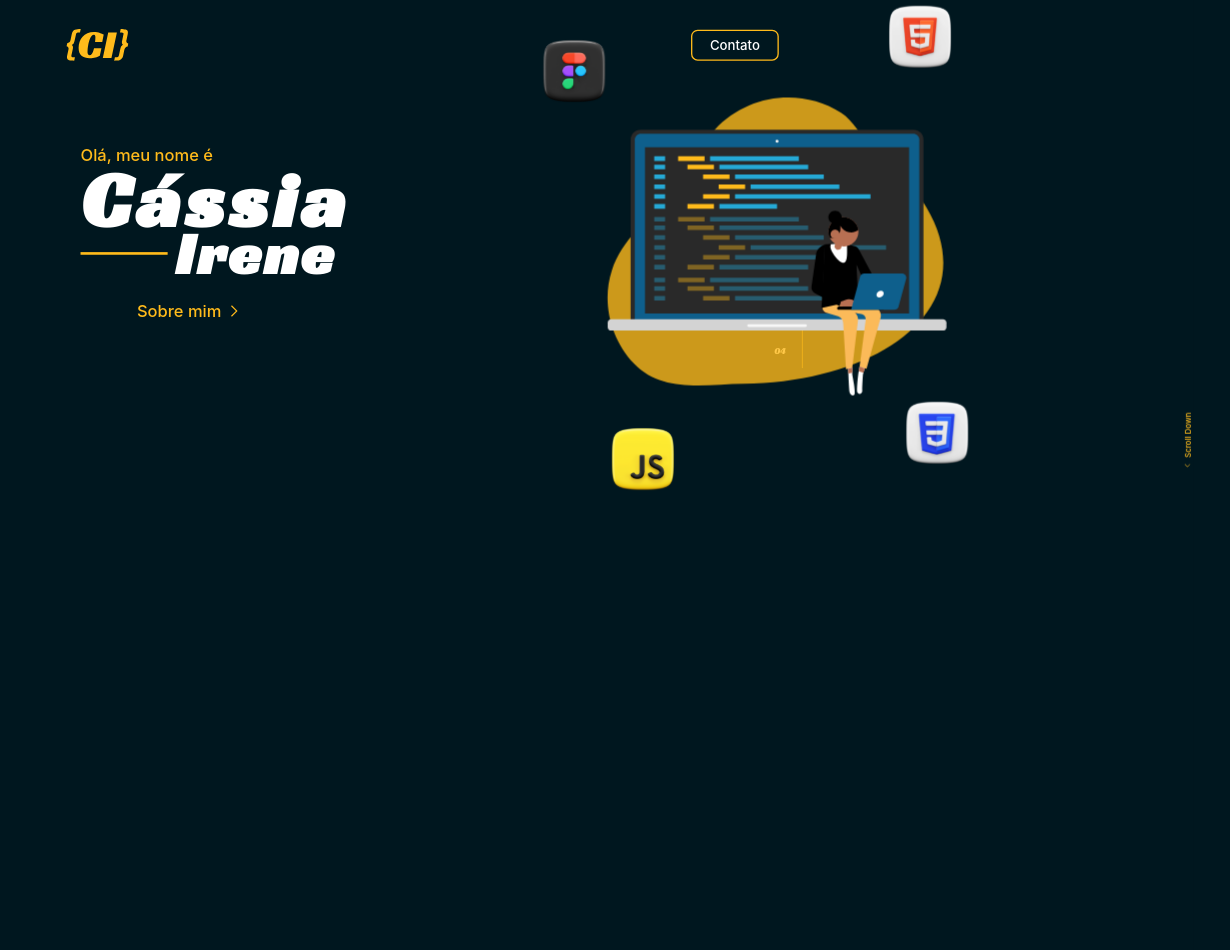
Repository: Cassia-Irene/My-Portfolio
Page: /
These files come from the project's save history. The page is drawn as it stood at one moment and after the next save; the edit follows.
The browser window is 1280 px wide. The page is 1809 px wide, then 1864 px, then 1809 px, so the pictures cover 1864 px, including what lies to the right of the window. The pictures show the whole page, at 66% of full size.
The project was rebuilt for these pictures with package versions that can differ from the ones it lists, and the page was loaded fresh each time. Also part of the build but not shown: vite.config.ts.

Above is the page before, as saved 2025-08-03 22:04:53.

### index.html
<!doctype html>
<html lang="en">
  <head>
    <meta charset="UTF-8" />
    <link rel="icon" type="image/svg+xml" href="./src/assets/logo.svg" />
    <meta name="viewport" content="width=device-width, initial-scale=1.0" />
    <link rel="preconnect" href="https://fonts.googleapis.com">
    <link rel="preconnect" href="https://fonts.gstatic.com" crossorigin>
    <link href="https://fonts.googleapis.com/css2?family=Racing+Sans+One&display=swap" rel="stylesheet">
    <title>Cássia Nascimento</title>
  </head>
  <body>
    <div id="root"></div>
    <script type="module" src="/src/main.tsx"></script>
  </body>
</html>

### src/index.css
* {
  padding: 0;
  margin: 0;
}

body {
  margin: 0;
  display: flex;
  place-items: center;
  min-width: 320px;
  min-height: 100vh;
}

body {
  background-color: #00171F;
}

### src/App.tsx
import React from "react";
import GlobalStyle from './GlobalStyle';
import Header from './Header';
import Hero from './Hero';
import SidebarNavigation from "./SidebarNavigation";
import SobreMim from './SobreMim';

const App: React.FC = () => {

  return (
    <>
    <SidebarNavigation />
      <GlobalStyle />
      <Header />
      <Hero />
      <SobreMim />
    </>
  );
};

export default App;

### src/GlobalStyle.ts
import { createGlobalStyle } from 'styled-components';

const GlobalStyle = createGlobalStyle`
  * {
    box-sizing: border-box;
  }

  body {
    margin: 0;
    padding: 0;
    overflow-x: hidden;
  }
  ::-webkit-scrollbar {
    width: 8px;
  }

`;

export default GlobalStyle;

### src/Header.tsx
import styled from "styled-components";

const HeaderContainer = styled.header`
    width: 100%;
    position: fixed;
    top: 30px;
    display: flex;
    justify-content: space-between;
    align-items: center;
    padding: 0 100px;
}
`;

const Logo = styled.img`
    width: 95px;
    height: 76px;

`;

const ContatoButton = styled.button`
    width: 133px;
    height: 47px;
    border: solid 2px #FFBB1B;
    border-radius: 10px;
    background-color: transparent;
    color: #FFFFFF;
    font-family: 'Inter', sans-serif;
    font-weight: 500;
    font-size: 20px;
    cursor: pointer;
    transition: all 0.3s ease-out;

    &:hover {
        background-color: #FFBB1B;
        font-weight: 500;
    }

`;

const Header = () => {
  return (
    <HeaderContainer>
        <Logo src="/src/assets/logo.svg" alt="Logo" />
      <ContatoButton>Contato</ContatoButton>
    </HeaderContainer>
  );
};

export default Header;

### src/Hero.tsx
import styled from "styled-components";

import centralImg from "./assets/svg_central.svg";
import img1 from "./assets/svg_figma.svg";
import img2 from "./assets/svg_html.svg";
import img3 from "./assets/svg_js.svg";
import img4 from "./assets/svg_css.svg";
import ArrowRight from "./assets/svg_seta_hero_sobre-mim.svg";
import ArrowDown from "./assets/svg_seta-down.svg";

const HeroSection = styled.section`
  height: 100vh;
  display: flex;
  justify-content: space-between;
  align-items: center;
  padding: 0 122px;
  position: relative;
  gap: 107px;
`;

const Left = styled.div`
  display: flex;
  flex-direction: column;
`;

const Intro = styled.p`
  font-family: "Inter", sans-serif;
  font-size: 25px;
  font-weight: 500;
  color: #FFBB1B;
`;

const Name = styled.h1`
  font-size: 120px;
  font-family: "Racing Sans One", sans-serif;
  color: #FFFFFF;
  margin-top: -23px;
  letter-spacing: 8px;
  margin-left: 40ox;
`;

const IreneWrapper = styled.div`
  display: flex;
  align-items: center;
  gap: 11px;
  margin-top: -51px;
`;

const Rectangle = styled.div`
  width: 132.02px;
  height: 4px;
  background-color: #ffbb1b;
`;

const Irene = styled.h2`
  font-size: 90px;
  font-family: "Racing Sans One", sans-serif;
  color: #FFFFFF;
  letter-spacing: 4px;
`;

const AboutArrowIcon = styled.img`
  transition: transform 0.4s ease-in-out;
`;

const AboutButton = styled.button`
  display: flex;
  position: relative;
  left: 16%;
  align-items: center;
  background: transparent;
  padding: 10px 20px;
  cursor: pointer;
  border: none;
  font-family: "Inter", sans-serif;
  font-size: 25px;
  font-weight: 500;
  color: #ffbb1b;


  &:hover ${AboutArrowIcon} {
    transform: rotate(90deg);
  }
`;

const Right = styled.div`
  position: relative;
  width: 520px;
  height: 400px;
`;

const FloatingImg = styled.img<{ top?: string; left?: string; right?: string; bottom?: string }>`
  position: absolute;
  width: 100px;
  animation: float 4s ease-in-out infinite;
  ${({ top, left, right, bottom }) => `
    top: ${top || "auto"};
    left: ${left || "auto"};
    right: ${right || "auto"};
    bottom: ${bottom || "auto"};
  `}

  @keyframes float {
    0%, 100% {
      transform: translateY(0px);
    }
    50% {
      transform: translateY(-15px);
    }
  }
`;

const CentralImg = styled.img`
  width: 550px;
  height: 535.96px;
  position: absolute;
  top: -10%;
  left: 50%;
  transform: translate(-50%, -50%);
  animation: float 5s ease-in-out infinite;
`;

const ScrollDown = styled.button`
  position: absolute;
  bottom: 85px;
  left: 137%;
  transform: translateX(-50%);
  background: none;
  border: none;
  cursor: pointer;
  display: flex;
  align-items: center;
  gap: 2px;
  font-family: "Inter", sans-serif;
  font-size: 12px;
  font-weight: 500;
  white-space: nowrap;
  color: #ffbb1b;
  rotate: 270deg;

  img {
    width: 20px;
    height: 20px;
    rotate: 90deg;
    }

  &:hover img {
    transform: translateY(5px);
    transition: 0.3s ease;
  }
`;

const Hero = () => {
  const scrollToNext = () => {
    const nextSection = document.getElementById("next");
    if (nextSection) {
      nextSection.scrollIntoView({ behavior: "smooth" });
    }
  };

  return (
    <HeroSection id="section-00">
      {/* Lado Esquerdo */}
      <Left>
        <Intro>Olá, meu nome é</Intro>
        <Name>Cássia</Name>
        <IreneWrapper>
          <Rectangle />
          <Irene>Irene</Irene>
        </IreneWrapper>
        <AboutButton>
          Sobre mim <AboutArrowIcon src={ArrowRight} alt="Seta para a direita" />
        </AboutButton>
      </Left>

      {/* Lado Direito */}
      <Right>
        <CentralImg src={centralImg} alt="Principal" />
        <FloatingImg src={img1} top="-22%" left="35%" />
        <FloatingImg src={img2} top="-35%" right="-55%" />
        <FloatingImg src={img3} bottom="-50%" left="55%" />
        <FloatingImg src={img4} bottom="-40%" right="-60%" />
      </Right>

      {/* Scroll Down */}
      <ScrollDown onClick={scrollToNext}>
        <img src={ArrowDown} alt="Scroll Down" />
        Scroll Down
      </ScrollDown>
    </HeroSection>
  );
};

export default Hero;

### src/SidebarNavigation.tsx
import { useEffect, useRef, useState } from "react";
import styled from "styled-components";

const sections = ["00", "01", "02", "03", "04"];

const SidebarNavigation = () => {
  const [activeIndex, setActiveIndex] = useState(0);
  const [hoverIndex, setHoverIndex] = useState<number | null>(null);
  const barRef = useRef<HTMLDivElement>(null);

  useEffect(() => {
    const observer = new IntersectionObserver(
      (entries) => {
        entries.forEach((entry) => {
          if (entry.isIntersecting) {
            const index = Number(entry.target.id.split("-")[1]);
            setActiveIndex(index);
          }
        });
      },
      { threshold: 0.6 }
    );

    sections.forEach((_, index) => {
      const el = document.getElementById(`section-${index}`);
      if (el) observer.observe(el);
    });

    return () => observer.disconnect();
  }, []);

  useEffect(() => {
    const heightPerItem = 54; // mesma altura dos dots
    const targetIndex = hoverIndex !== null ? hoverIndex : activeIndex;

    if (barRef.current) {
      barRef.current.style.transform = `translateY(${targetIndex * heightPerItem}px)`;
    }
  }, [activeIndex, hoverIndex]);

  const handleClick = (index: number) => {
    const target = document.getElementById(`section-${index}`);
    if (target) {
      target.scrollIntoView({ behavior: "smooth" });
    }
  };

const SidebarContainer = styled.div`
  position: fixed;
  top: 40%;
  left: 93%;
  width: 50px;
  display: flex;
`;


const DotsWrapper = styled.div`
  display: flex;
  height: 270px;
`;

const Line = styled.div`
  width: 0.5px;
  height: 100%;
  background-color: #FFBB1B;
  z-index: 0;
  position: relative;
  left: 25px;
`;

const ActiveBar = styled.div`
  position: absolute;
  width: 2.5px;
  height: 54px;
  background-color: #ffbb1b;
  transition: transform 0.6s ease-in-out;
  z-index: 1;
  left: 23px;
`;

const Dots = styled.div`
  display: flex;
  flex-direction: column;
  gap: 0px;
  z-index: 2;
  position: relative;
  right: 40px;
`;

const Dot = styled.button<{ isActive: boolean }>`
  width: 40px;
  height: 54px;
  background: none;
  border: none;
  color: #FFFFFF;
  font-size: 14px;
  font-family: "Racing Sans One", sans-serif;
  cursor: pointer;
  display: flex;
  align-items: center;
  justify-content: flex-end;

  &:hover {
    color: #ffbb1b;
`;

  return (
    <SidebarContainer>
      <DotsWrapper>
        <Line />
        <ActiveBar ref={barRef} />
        <Dots>
          {sections.map((label, index) => (
            <Dot
              key={index}
              onClick={() => handleClick(index)}
              onMouseEnter={() => setHoverIndex(index)}
              onMouseLeave={() => setHoverIndex(null)}
              isActive={activeIndex === index}
            >
              {label}
            </Dot>
          ))}
        </Dots>
      </DotsWrapper>
    </SidebarContainer>
  );
};

export default SidebarNavigation;

### src/SobreMim.tsx
import styled from "styled-components";

const SobreMim = styled.section`
  height: 100vh;
  display: flex;
  justify-content: space-between;
  align-items: center;
  padding: 0 122px;
  position: relative;
  gap: 107px;
`;
export default SobreMim;

Loaded but not shown: src/main.tsx (common file)

After the next save:
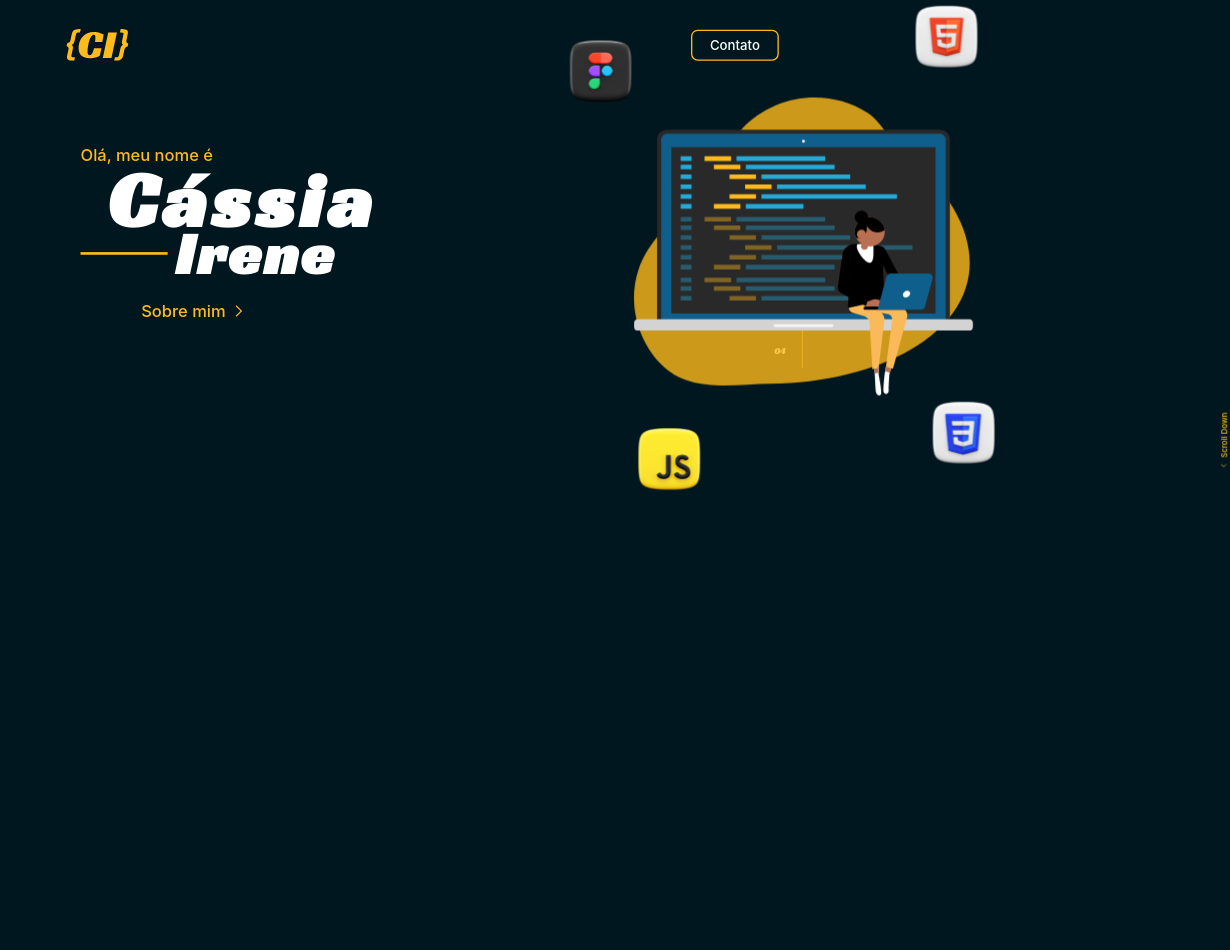
Saved 13 s later.
--- a/src/Hero.tsx
+++ b/src/Hero.tsx
@@ -36,7 +36,7 @@
   color: #FFFFFF;
   margin-top: -23px;
   letter-spacing: 8px;
-  margin-left: 40ox;
+  margin-left: 40px;
 `;
 
 const IreneWrapper = styled.div`

After the 2 saves that followed:
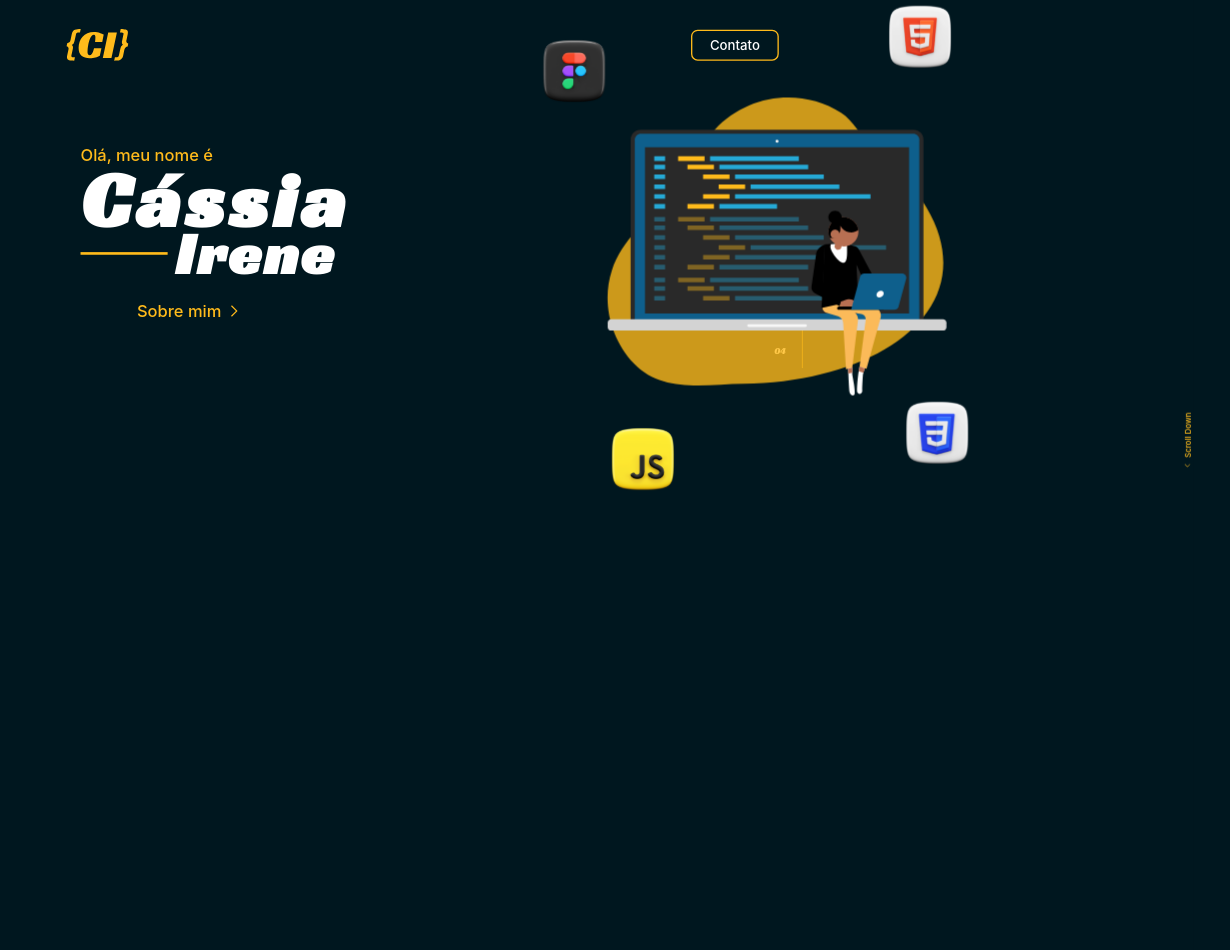
The 2 saves are shown as one change because 1 left the picture as it was.
The last was saved 18 s later.
--- a/src/Hero.tsx
+++ b/src/Hero.tsx
@@ -36,7 +36,7 @@
   color: #FFFFFF;
   margin-top: -23px;
   letter-spacing: 8px;
-  margin-left: 40px;
+  margin-left: 40x;
 `;
 
 const IreneWrapper = styled.div`
